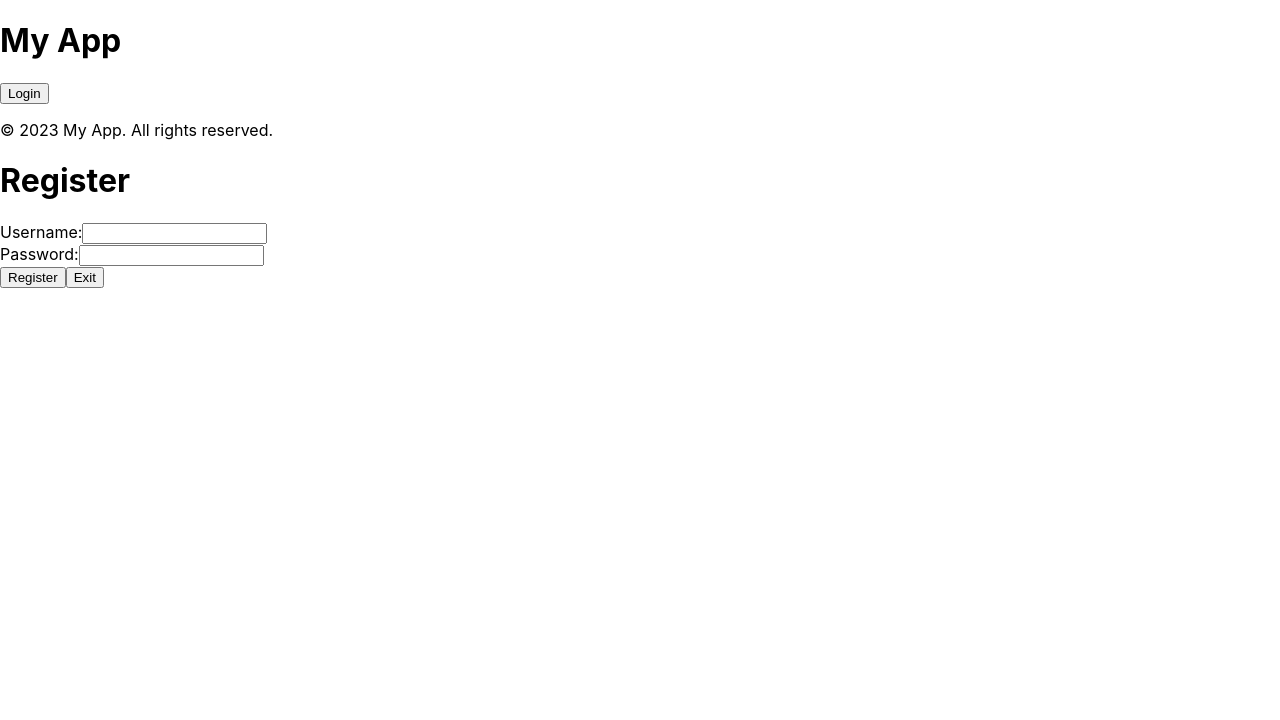
Repository: iMlearnDinG/react-app-v2
Page: /register
These files come from the project's save history. The page is drawn as it stood at one moment and after the next save; the edit follows.
The browser window is 1280 px wide. The pictures show the whole page.
The page's requests for data from a server got no answer. The project was rebuilt for these pictures with package versions that can differ from the ones it lists, and the page was loaded fresh each time. No one was signed in, and anything a server would have sent is missing. Also part of the build but not shown: src/components/Login.js, src/components/Lobby.js, src/components/Game.js, src/components/Menu.js.

Above is the page before, as saved 2023-07-19 01:51:07.

### src/index.js
import React from 'react';
import ReactDOM from 'react-dom/client';
import './index.css';
import App from './App';
import reportWebVitals from './reportWebVitals';

ReactDOM.createRoot(document.getElementById('root')).render(
  <React.StrictMode>
    <App />
  </React.StrictMode>,
);

// If you want to start measuring performance in your app, pass a function
// to log results (for example: reportWebVitals(console.log))
// or send to an analytics endpoint. Learn more: https://bit.ly/CRA-vitals
reportWebVitals();

### src/App.js
import React, { useContext, useEffect } from 'react';
import { BrowserRouter as Router, Routes, Route, useNavigate } from 'react-router-dom';
import { AuthProvider, AuthContext } from './config/AuthContext';
import Login from './components/Login';
import Register from './components/Register';
import Lobby from './components/Lobby';
import Game from './components/Game';
import Menu from './components/Menu';
import Navbar from './components/Navbar'
import SessionRenewal from './SessionRenewal';

function PrivateRoute({ children }) {
  const { user, loading } = useContext(AuthContext);
  const navigate = useNavigate();

  useEffect(() => {
    if (!loading && !user) {
      navigate('/login', { replace: true });
    }
  }, [loading, user, navigate]);

  if (loading) {
    return <div>Loading...</div>;
  }

  if (!user) {
    return null;
  }

  return children;
}

function App() {
  return (
    <Router>
      <div className="App">
        <AuthProvider>
          <Navbar />
          <Routes>
            <Route path="/" element={<Login />} />
            <Route path="/login" element={<Login />} />
            <Route path="/register" element={<Register />} />
            <Route path="/lobby" element={<PrivateRoute><Lobby /></PrivateRoute>} />
            <Route path="/game" element={<PrivateRoute><Game /></PrivateRoute>} />
            <Route path="/menu" element={<PrivateRoute><Menu /></PrivateRoute>} />
          </Routes>
        </AuthProvider>
      </div>
    </Router>
  );
}

export default SessionRenewal(App);

### src/config/AuthContext.js
import React, { createContext, useState, useEffect } from 'react';

export const AuthContext = createContext();

export function AuthProvider({ children }) {
  const [user, setUser] = useState(null);
  const [loading, setLoading] = useState(true);

  useEffect(() => {
    // Fetch the current user from the server and update state
    const fetchUser = async () => {
      const response = await fetch(`${process.env.REACT_APP_API_BASE_URL}/auth`, {
        credentials: 'include',
      });
      const data = await response.json();
      if (data.success) {
        setUser(data.data.user);
      }
      setLoading(false);
    };
    fetchUser();
  }, []);

  const value = { user, setUser, loading };

  return <AuthContext.Provider value={value}>{children}</AuthContext.Provider>;
}

### src/components/Register.js
import React, { useState } from 'react';
import { useNavigate } from 'react-router-dom';
import axios from 'axios';

function Register() {
  const navigate = useNavigate();
  const [username, setUsername] = useState('');
  const [password, setPassword] = useState('');
  const [errors, setErrors] = useState([]);

  const register = () => {
    if (!username || !password) {
      setErrors(['Please provide a username and password.']);
      return;
    }

    const userData = {
      username: username,
      password: password
    };

    axios
      .post(`${process.env.REACT_APP_API_BASE_URL}/register`, userData)
      .then((res) => {
        if (res.data.success) {
          navigate('/login', { replace: true });
        } else {
          setErrors(res.data.error);
        }
      })

      .catch((error) => {
        console.log(error);
        let errorMsg = ['An error occurred during registration'];

        if (error.response && error.response.data.error) {
          errorMsg = error.response.data.error;
        }

        setErrors(errorMsg);
      });
  };

  const exit = () => {
    navigate('/login');
  };

  return (
    <div>
      <h1>Register</h1>
      {/* Registration form */}
      <div>
        <label htmlFor="username">Username:</label>
        <input
          type="text"
          id="username"
          value={username}
          onChange={(e) => setUsername(e.target.value)}
        />
      </div>
      <div>
        <label htmlFor="password">Password:</label>
        <input
          type="password"
          id="password"
          value={password}
          onChange={(e) => setPassword(e.target.value)}
        />
      </div>
      <button onClick={register}>Register</button>
      <button onClick={exit}>Exit</button>
      {errors.length > 0 && (
        <div>
          {errors.map((error, index) => (
            <p key={index}>{error}</p>
          ))}
        </div>
      )}
    </div>
  );
}

export default Register;

### src/components/Navbar.js
import React, { useContext } from 'react';
import { useNavigate } from 'react-router-dom';
import { AuthContext } from '../config/AuthContext.js';
import axios from 'axios';

const Navbar = () => {
  const navigate = useNavigate();
  const { user, setUser } = useContext(AuthContext);

  const handleLogout = async () => {
    try {
      const res = await axios.post(`${process.env.REACT_APP_API_BASE_URL}/logout`, {}, {
        withCredentials: true,
      });

      if (res.data.success) {
        setUser(null);
        navigate('/login');
      } else {
        console.error(res.data.error);
      }
    } catch (error) {
      console.error(error);
    }
  };

  return (
    <div>
      <header >
        <h1>My App</h1>
        {user && (
          <button onClick={handleLogout}>Logout</button>
        )}
        {!user && (
          <button onClick={() => navigate('/login')}>Login</button>
        )}
      </header>

      <footer>
        <p>© 2023 My App. All rights reserved.</p>
      </footer>
    </div>
  );
};

export default Navbar;

### src/SessionRenewal.js
import React, { useEffect, useRef } from 'react';

function SessionRenewal(WrappedComponent) {
  return function WrappedWithSessionRenewal(props) {
    const activityDetected = useRef(false);

    useEffect(() => {
      let timeoutId;

      const renewSession = () => {
        fetch('/api/renew-session', {
          method: 'POST',
          credentials: 'include', // Include cookies in the request
        })
        .then(res => res.json())
        .then((data) => {
          if (!data.success) {
            console.error('Session renewal failed:', data.error);
          }
        })
        .catch((error) => {
          console.error('Error:', error);
        });
      };

      const resetTimeout = () => {
        console.log('User activity detected');
        if (timeoutId) {
          clearTimeout(timeoutId);
        }
        timeoutId = setTimeout(renewSession, 1); // 5 minutes
      };

      const activityHandler = () => {
        activityDetected.current = true;
      };

      window.addEventListener('mousemove', activityHandler);
      window.addEventListener('keydown', activityHandler);
      window.addEventListener('click', activityHandler);
      window.addEventListener('input', activityHandler);

      const intervalId = setInterval(() => {
        if (activityDetected.current) {
          resetTimeout();
          activityDetected.current = false;
        }
      }, 225000);

      return () => {
        window.removeEventListener('mousemove', activityHandler);
        window.removeEventListener('keydown', activityHandler);
        window.removeEventListener('click', activityHandler);
        window.removeEventListener('input', activityHandler);
        clearTimeout(timeoutId);
        clearInterval(intervalId);
      };
    }, []);

    return <WrappedComponent {...props} />;
  };
}

export default SessionRenewal;

### src/css/navbar.css
div {
    display: flex;
    justify-content: space-between;
    align-items: center;
    padding: 10px 20px;
    background-color: #F3F3F3;
    box-shadow: 0px 0px 10px 0px rgba(0,0,0,0.15);
  }

  header, footer {
    display: flex;
    justify-content: space-between;
    align-items: center;
    width: 100%;
  }

  header {
    margin-bottom: 30px;
  }

  h1 {
    color: #333;
    font-size: 24px;
  }

  button {
    padding: 10px 20px;
    background-color: #007BFF;
    color: #FFF;
    border: none;
    border-radius: 5px;
    cursor: pointer;
    transition: background-color 0.3s ease;
  }

  button:hover {
    background-color: #0056b3;
  }

  footer {
    position: fixed;
    bottom: 0;
    width: 100%;
    background-color: #F3F3F3;
    color: #666;
    text-align: center;
    padding: 10px 0;
  }

Loaded but not shown: public/index.html (common file); src/index.css (common file); src/reportWebVitals.js (common file)

After the next save:
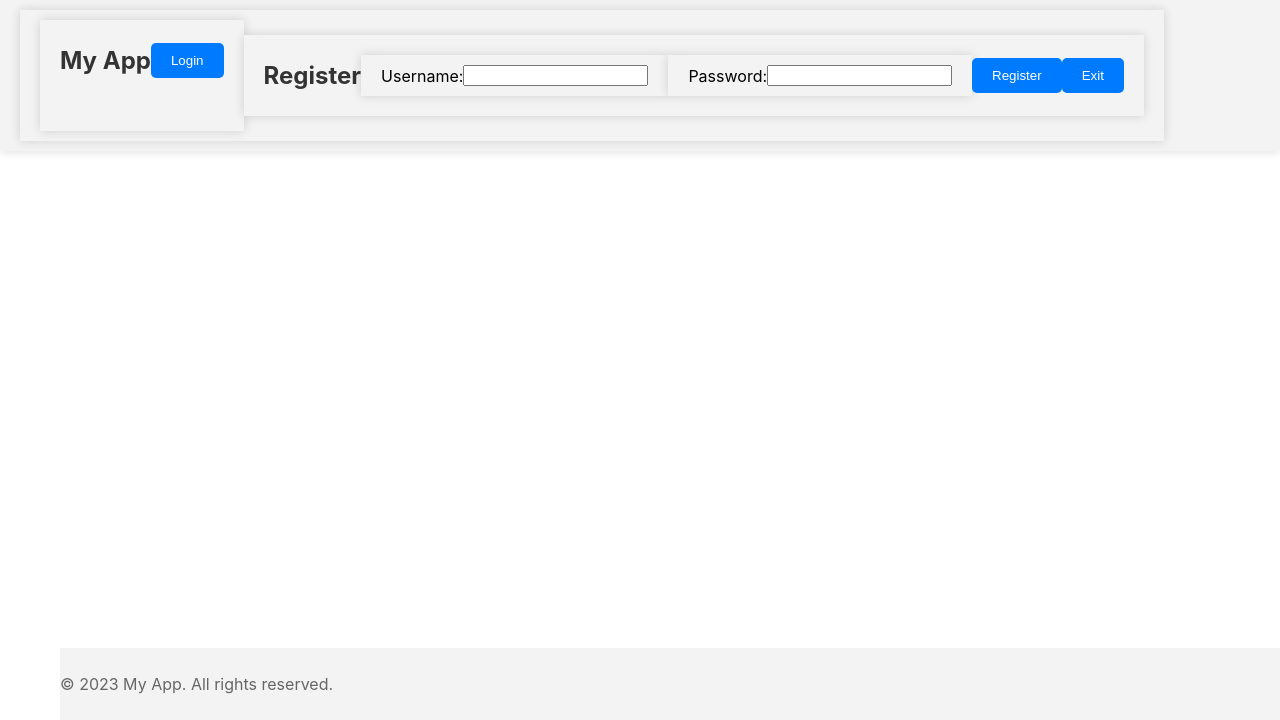
Saved 27 s later.
--- a/src/components/Navbar.js
+++ b/src/components/Navbar.js
@@ -2,6 +2,7 @@ import React, { useContext } from 'react';
 import { useNavigate } from 'react-router-dom';
 import { AuthContext } from '../config/AuthContext.js';
 import axios from 'axios';
+import '../css/navbar.css'
 
 const Navbar = () => {
   const navigate = useNavigate();
